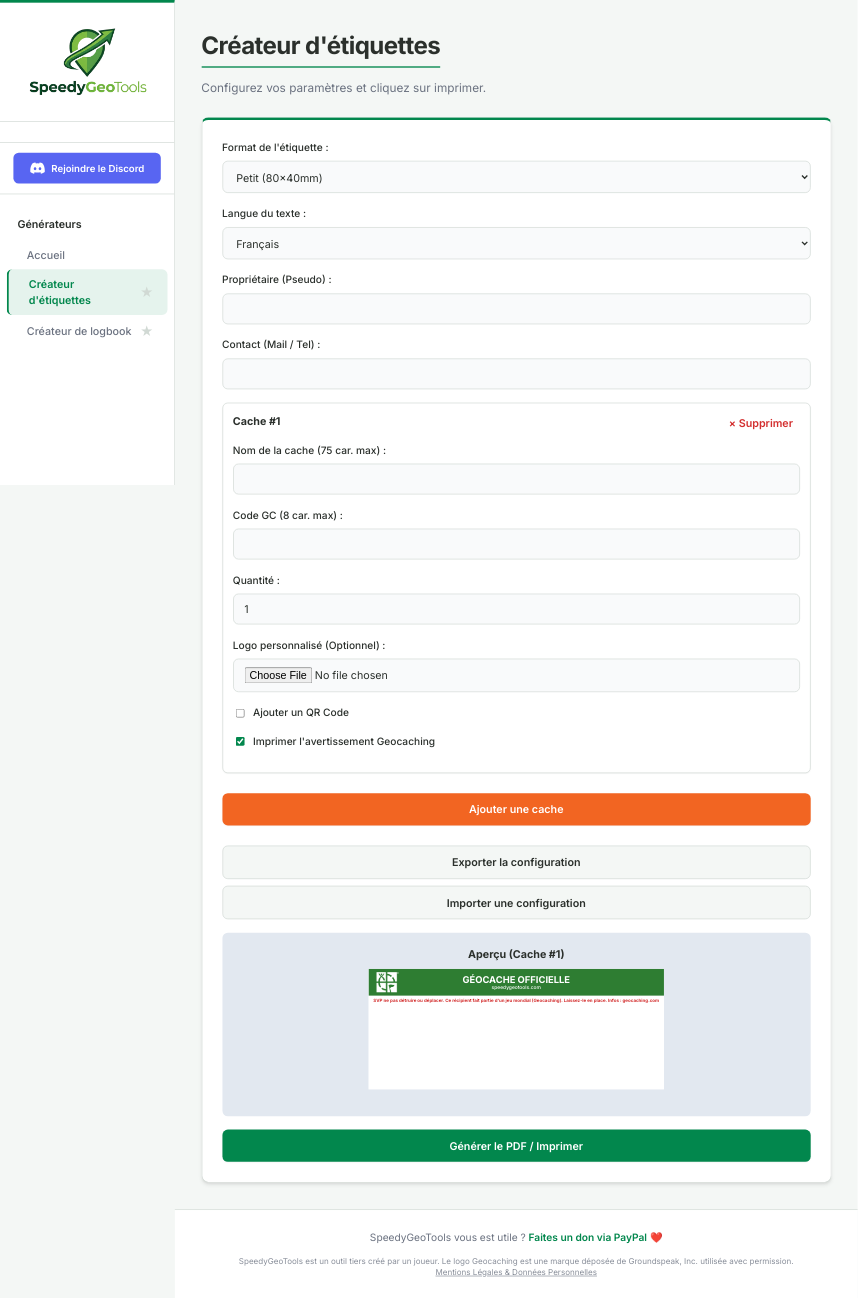
Repository: rodafux/SpeedyGeoTools
Page: etiquettes.html
An editor plug-in stored every save of this project. The page is shown before and after the next save, followed by the edit.
The browser window is 1280 px wide. The pictures show the whole page, at 67% of full size.

Above is the page before, as saved 2026-04-10 23:14:04.

After the next save:
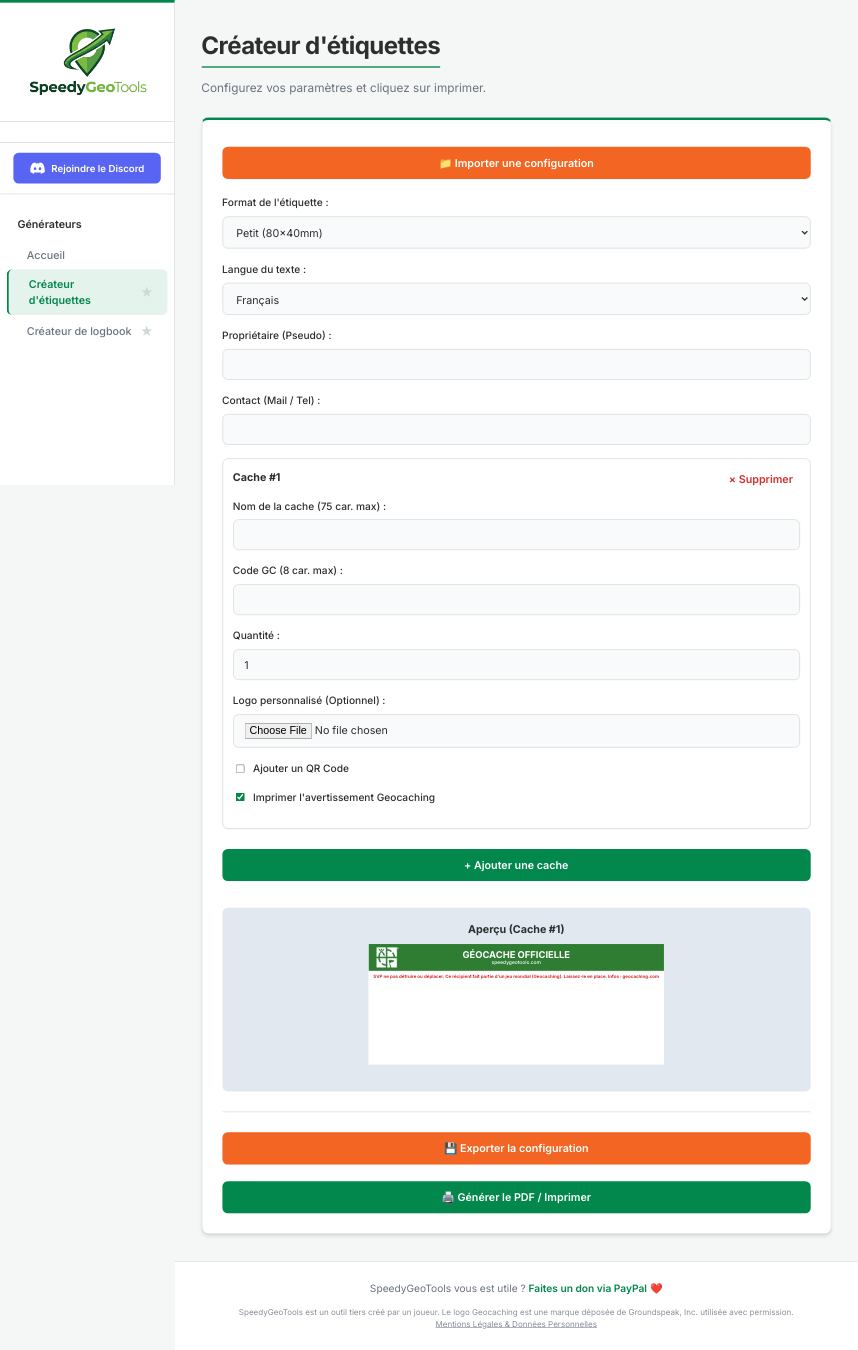
Saved 20 s later.
--- a/etiquettes.html
+++ b/etiquettes.html
@@ -40,6 +40,11 @@
             <p class="subtitle">Configurez vos paramètres et cliquez sur imprimer.</p>
             <div class="main-layout" style="display:block;">
                 <div class="controls-panel">
+                    <div style="margin-bottom: 25px;">
+                        <input type="file" id="importEtiquettes" accept=".json" onchange="importConfig(event)" style="display: none;">
+                        <button onclick="document.getElementById('importEtiquettes').click()" class="btn-secondary">📁 Importer une configuration</button>
+                    </div>
+
                     <div class="form-group">
                         <label for="labelSize">Format de l'étiquette :</label>
                         <select id="labelSize" onchange="onSizeChange()">
@@ -64,15 +69,16 @@
                         <label for="labelMail">Contact (Mail / Tel) :</label>
                         <input type="text" id="labelMail" onkeyup="updateLabelPreview()">
                     </div>
+
                     <div id="cachesListContainer"></div>
-                    <button onclick="addCacheCard()" class="btn-secondary" style="margin-bottom: 20px;">Ajouter une cache</button>
-                    <div class="import-export-section">
-                        <button onclick="exportConfig()" class="btn-outline">Exporter la configuration</button>
-                        <input type="file" id="importEtiquettes" accept=".json" onchange="importConfig(event)" style="display: none;">
-                        <button onclick="document.getElementById('importEtiquettes').click()" class="btn-outline">Importer une configuration</button>
+                    <button onclick="addCacheCard()" style="margin-bottom: 20px;">+ Ajouter une cache</button>
+
+                    <div id="labelPreviewContainer" style="margin-top: 20px; background: #e2e8f0; padding: 20px; border-radius: 8px;"></div>
+
+                    <div style="margin-top: 30px; border-top: 1px solid var(--border-color); padding-top: 20px;">
+                        <button onclick="exportConfig()" class="btn-secondary" style="margin-bottom: 15px;">💾 Exporter la configuration</button>
+                        <button onclick="generateLabelsAndPrint()">🖨️ Générer le PDF / Imprimer</button>
                     </div>
-                    <div id="labelPreviewContainer" style="margin-top: 20px; background: #e2e8f0; padding: 20px; border-radius: 8px;"></div>
-                    <button onclick="generateLabelsAndPrint()" style="margin-top: 20px;">Générer le PDF / Imprimer</button>
                 </div>
             </div>
         </div>
